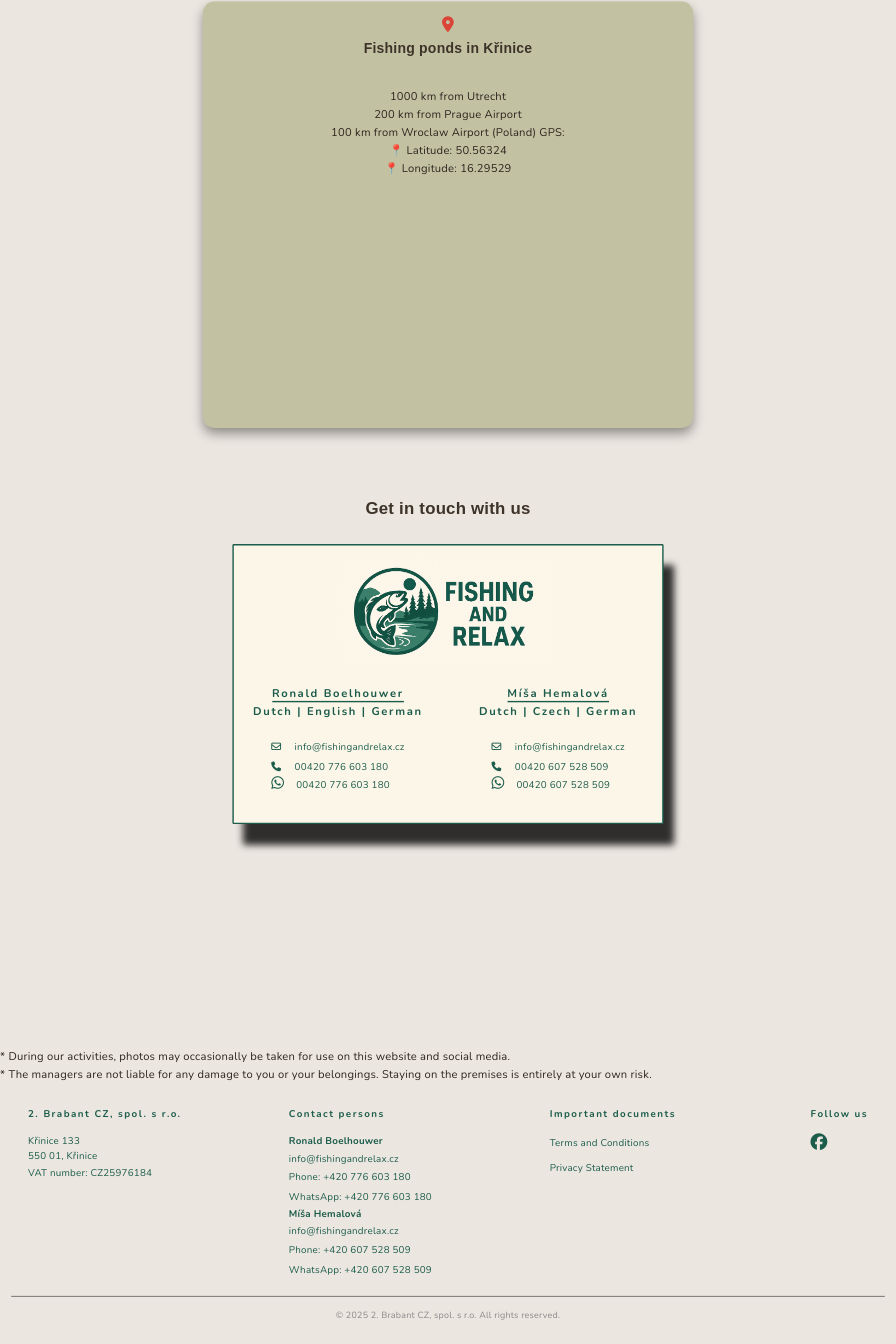
Repository: DanielleFiene/FishingAndRelax
Page: en/index.html
These files come from the project's save history. The page is drawn as it stood at one moment and after the next save; the edit follows.
The browser window is 1280 px wide. The pictures show the part of the page from y = 3296 to 5216 px (the page is 5216 px tall), at 70% of full size.
Pictures or frames that could not be fetched are drawn as grey boxes. A picture or video elsewhere on the page could not be fetched, so the positions and the page height are approximate. Some web fonts or font styles are not loaded; a fallback is used. Some web libraries are served in a nearby version.

Above is the page before, as saved 2025-07-21 13:16:48.

After the next save:
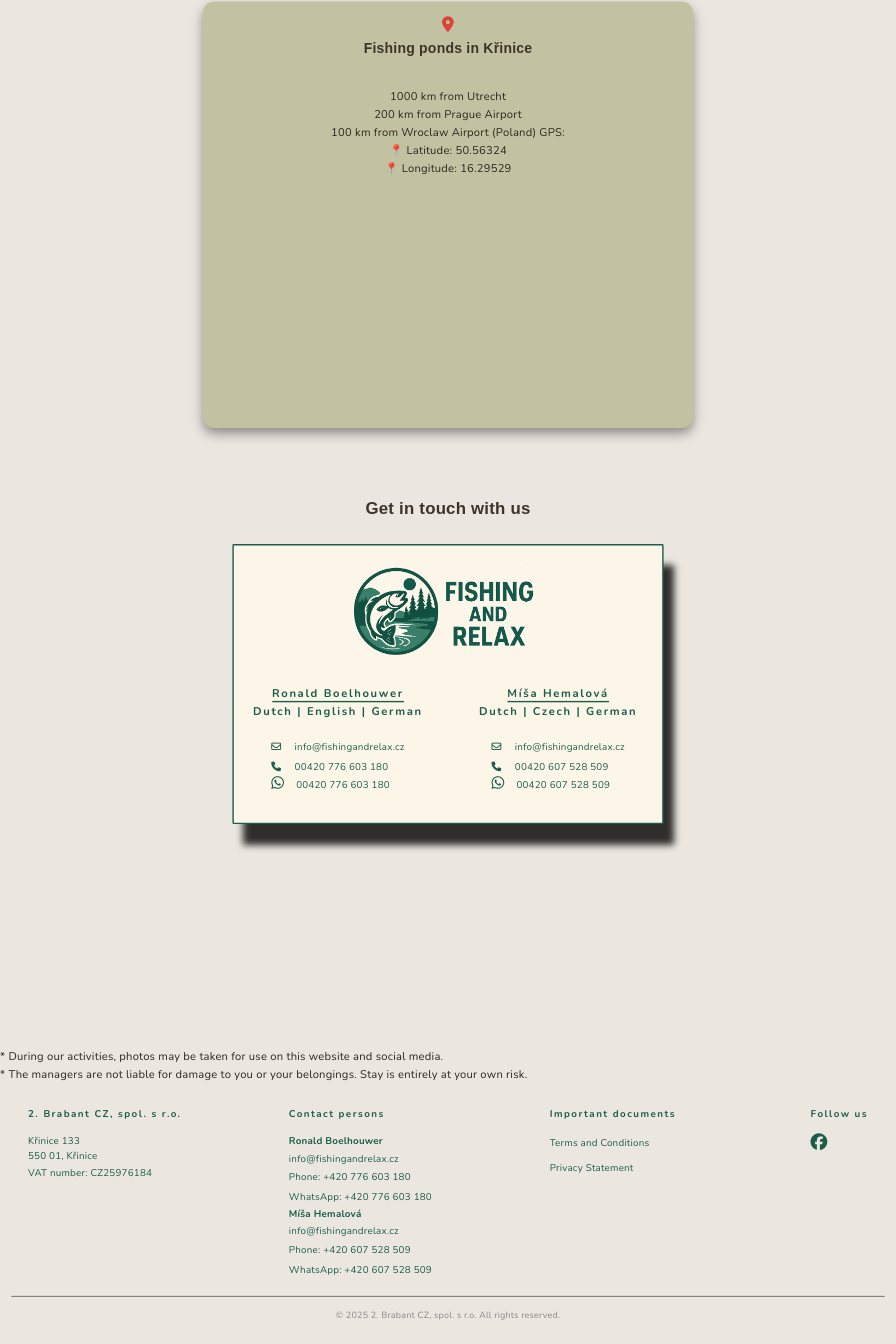
Saved 7 s later.
--- a/en/index.html
+++ b/en/index.html
@@ -233,10 +233,15 @@
   </div>
 </section>
 
-<p class="disclaimer__text">
-  * During our activities, photos may occasionally be taken for use on this website and social media. <br>
-  * The managers are not liable for any damage to you or your belongings. Staying on the premises is entirely at your own risk.
-</p>
+<!--=====================Photo Disclaimer===================-->
+<div class="disclaimer">
+  <div class="disclaimer__container">
+    <p class="disclaimer__text">
+      * During our activities, photos may be taken for use on this website and social media. <br>
+      * The managers are not liable for damage to you or your belongings. Stay is entirely at your own risk.
+  </p>
+  </div>
+</div>
 
 
 <!-- Footer -->
